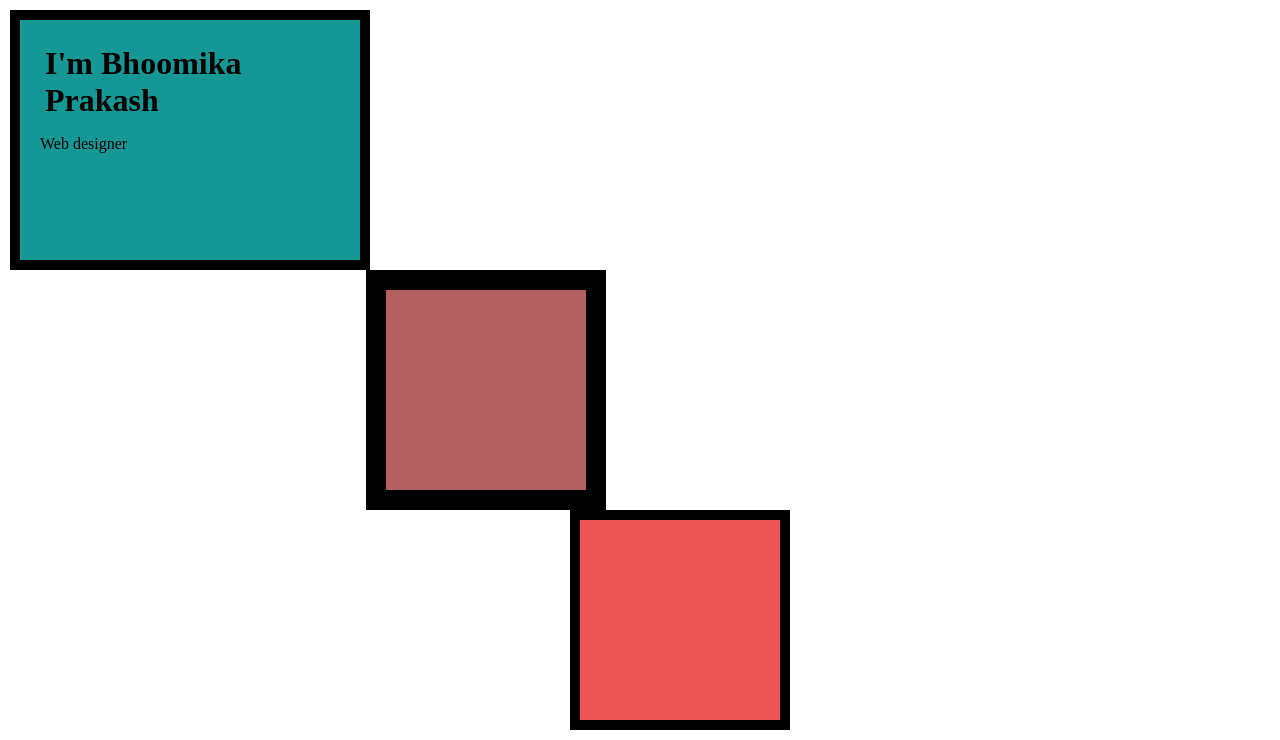
Repository: Bhoomika140420/css_mysite
Page: index.html
These files come from the project's save history. The page is drawn as it stood at one moment and after a run of saves; the edit follows.
The browser window is 1280 px wide. The pictures show the whole page.

Above is the page before, as saved 2023-03-29 12:52:50.

After the next 4 saves:
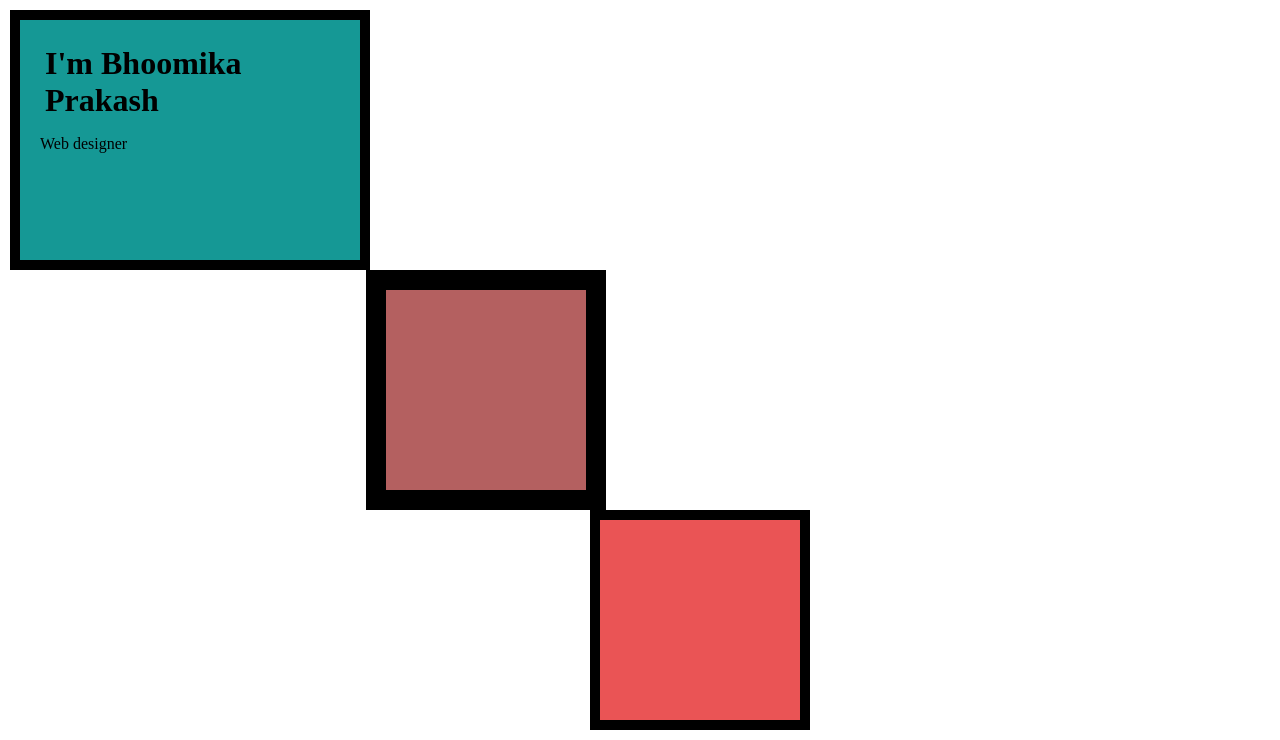
The 4 saves are shown as one change because they came seconds apart.
The last was saved 11 s later.
--- a/stylesheet.css
+++ b/stylesheet.css
@@ -20,7 +20,7 @@
     width:200px;
     height:200px;
     border:solid 10px;
-    margin-left:560px;
+    margin-left:580px;
     margin-right:40px;
 }
 body{
